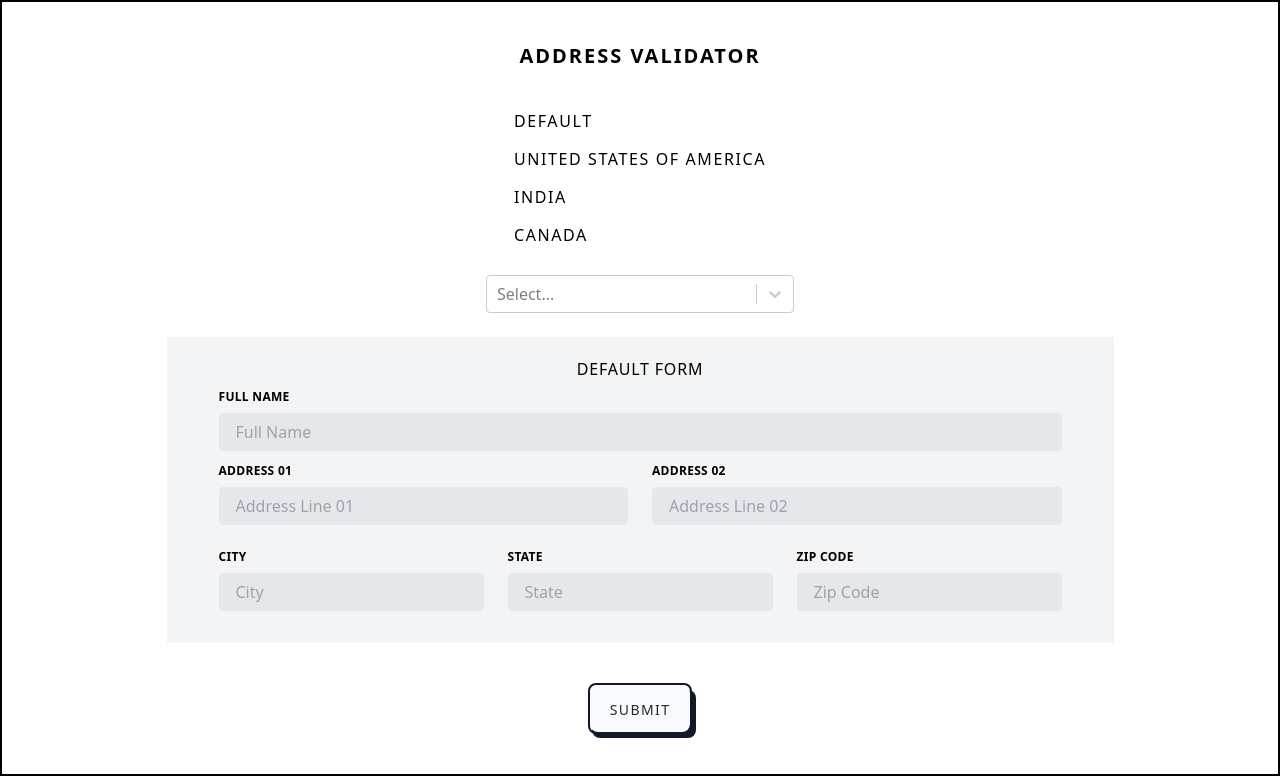
Repository: jay-singhvi/SWArchDesign_TeamProject
Page: / (app in frontend/address-validation/)
These files come from the project's save history. The page is drawn as it stood at one moment and after the next save; the edit follows.
The browser window is 1280 px wide. The pictures show the whole page.
The project was rebuilt for these pictures with package versions that can differ from the ones it lists, and the page was loaded fresh each time. Also part of the build but not shown: frontend/address-validation/src/App.css.

Above is the page before, as saved 2023-03-07 23:25:27.

After the next save:
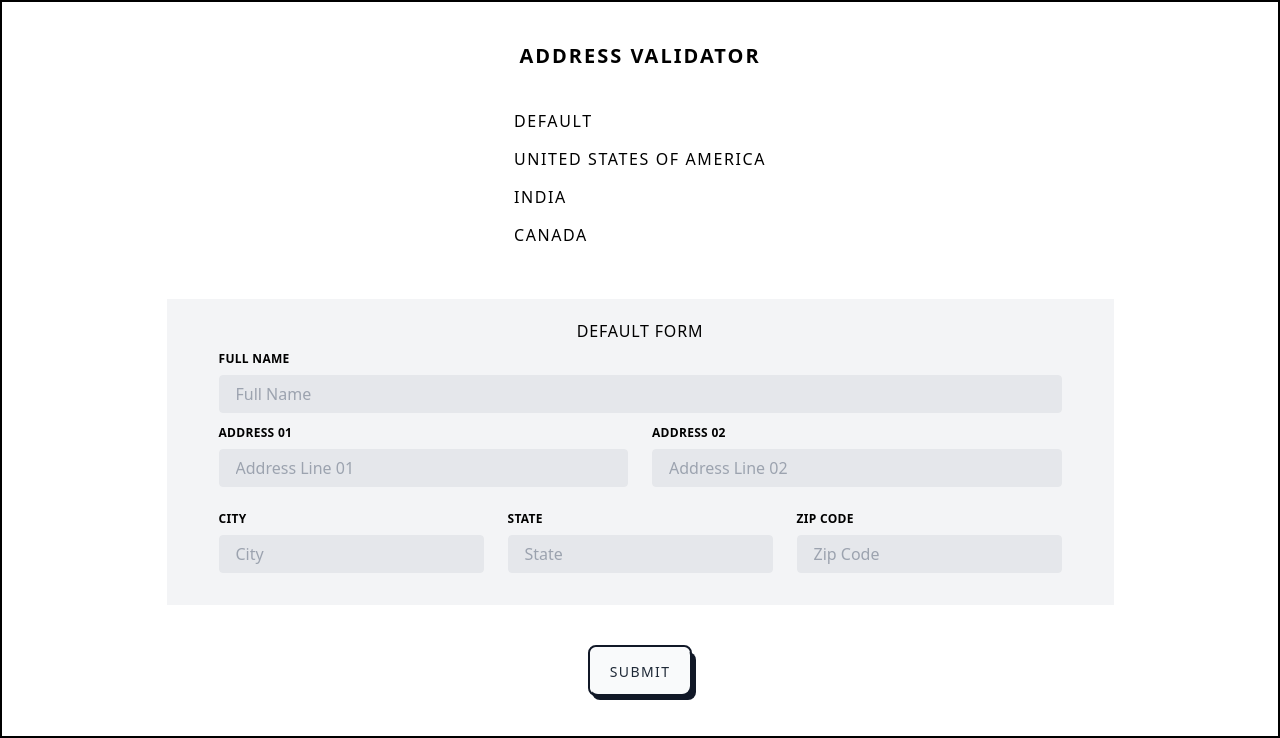
Saved 27 s later.
--- a/frontend/address-validation/src/App.js
+++ b/frontend/address-validation/src/App.js
@@ -178,14 +178,6 @@ function App() {
               </option>
             ))}
           </select>
-
-          <Select  closeMenuOnSelect={false}
-      components={animatedComponents}
-      // defaultValue={[colourOptions[4], colourOptions[5]]}
-      isMulti
-      options={countries}/>
-
-
         </div>
 
         {renderForm()}
